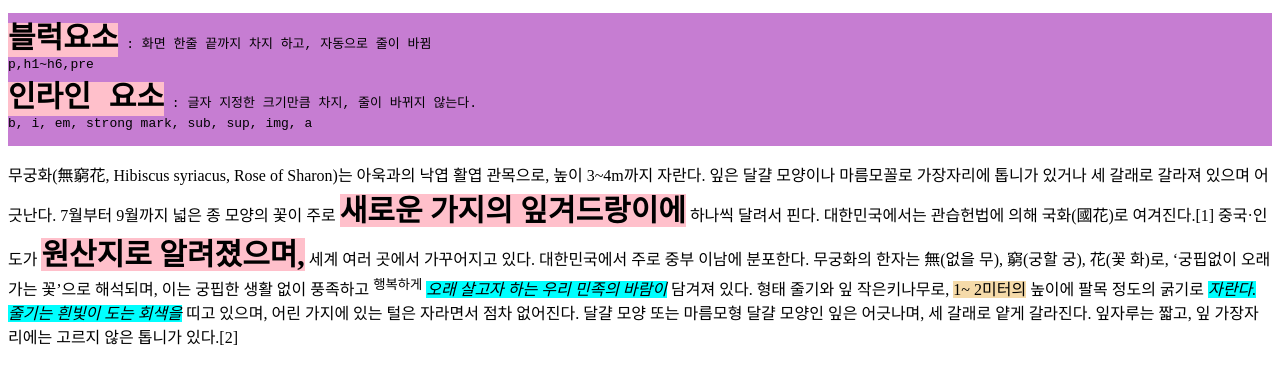
Repository: sH1222J/SH_DDit_WEB_study
Page: workspace/webpro/src/main/webapp/0304/텍스트서식.html
An editor plug-in stored every save of this project. The page is shown before and after the next save, followed by the edit.
The browser window is 1280 px wide. The pictures show the whole page.

Above is the page before, as saved 2025-03-04 03:35:21.

### workspace/webpro/src/main/webapp/0304/텍스트서식.html
<!DOCTYPE html>
<html>
<head>
<meta charset="UTF-8">
<title>Insert title here</title>


<style type="text/css">
b, strong {
	background: pink;
	font-size: 30px;
}

i, em {
	background: cyan;
}

pre {
	background: rgb(198, 125, 210);
}

mark {
	background: #f5daa9;
}
</style>
</head>
<body>

	<pre>
<b>블럭요소</b> : 화면 한줄 끝까지 차지 하고, 자동으로 줄이 바뀜
p,h1~h6,pre
<b>인라인 요소</b> : 글자 지정한 크기만큼 차지, 줄이 바뀌지 않는다.
b, i, em, strong mark, sub, sup, img, a

</pre>

	<p>
		무궁화(無窮花, Hibiscus syriacus, Rose of Sharon)는 아욱과의 낙엽 활엽 관목으로, 높이
		3~4m까지 자란다. 잎은 달걀 모양이나 마름모꼴로 가장자리에 톱니가 있거나 세 갈래로 갈라져 있으며 어긋난다. 7월부터
		9월까지 넓은 종 모양의 꽃이 주로 <b>새로운 가지의 잎겨드랑이에</b> 하나씩 달려서 핀다. 대한민국에서는 관습헌법에 의해
		국화(國花)로 여겨진다.[1] 중국·인도가 <strong>원산지로 알려졌으며,</strong> 세계 여러 곳에서 가꾸어지고
		있다. 대한민국에서 주로 중부 이남에 분포한다. 무궁화의 한자는 無(없을 무), 窮(궁할 궁), 花(꽃 화)로, ‘궁핍없이
		오래가는 꽃’으로 해석되며, 이는 궁핍한 생활 없이 풍족하고 <sup>행복하게</sup> <i>오래 살고자 하는 우리 민족의 바람이</i> 담겨져
		있다. 형태 줄기와 잎 작은키나무로,
		<mark>1~ 2미터의</mark>
		높이에 팔목 정도의 굵기로 <em>자란다. 줄기는 흰빛이 도는 회색을</em> 띠고 있으며, 어린 가지에 있는 털은 자라면서
		점차 없어진다. 달걀 모양 또는 마름모형 달걀 모양인 잎은 어긋나며, 세 갈래로 얕게 갈라진다. 잎자루는 짧고, 잎
		가장자리에는 고르지 않은 톱니가 있다.[2]
	</p>

</body>
</html>

After the next save:
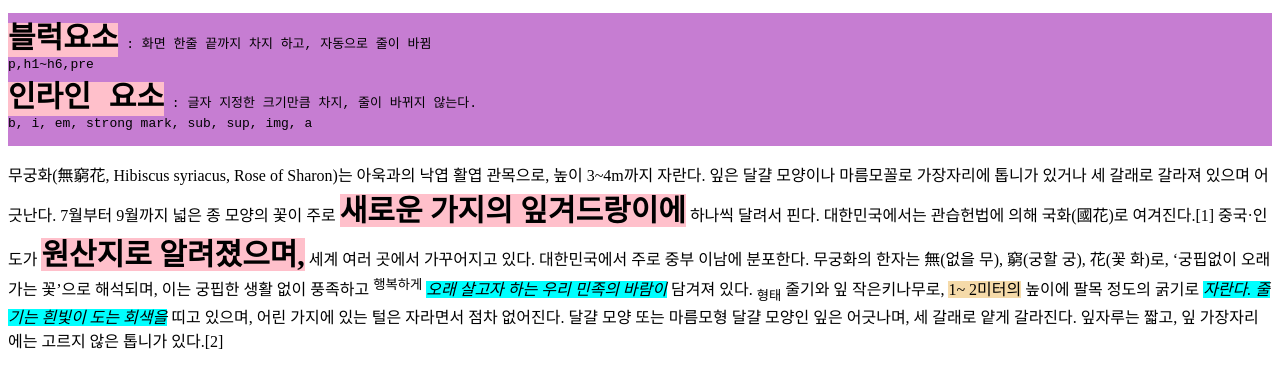
Saved 48 s later.
--- a/workspace/webpro/src/main/webapp/0304/텍스트서식.html
+++ b/workspace/webpro/src/main/webapp/0304/텍스트서식.html
@@ -41,7 +41,7 @@ b, i, em, strong mark, sub, sup, img, a
 		국화(國花)로 여겨진다.[1] 중국·인도가 <strong>원산지로 알려졌으며,</strong> 세계 여러 곳에서 가꾸어지고
 		있다. 대한민국에서 주로 중부 이남에 분포한다. 무궁화의 한자는 無(없을 무), 窮(궁할 궁), 花(꽃 화)로, ‘궁핍없이
 		오래가는 꽃’으로 해석되며, 이는 궁핍한 생활 없이 풍족하고 <sup>행복하게</sup> <i>오래 살고자 하는 우리 민족의 바람이</i> 담겨져
-		있다. 형태 줄기와 잎 작은키나무로,
+		있다. <sub>형태</sub> 줄기와 잎 작은키나무로,
 		<mark>1~ 2미터의</mark>
 		높이에 팔목 정도의 굵기로 <em>자란다. 줄기는 흰빛이 도는 회색을</em> 띠고 있으며, 어린 가지에 있는 털은 자라면서
 		점차 없어진다. 달걀 모양 또는 마름모형 달걀 모양인 잎은 어긋나며, 세 갈래로 얕게 갈라진다. 잎자루는 짧고, 잎
